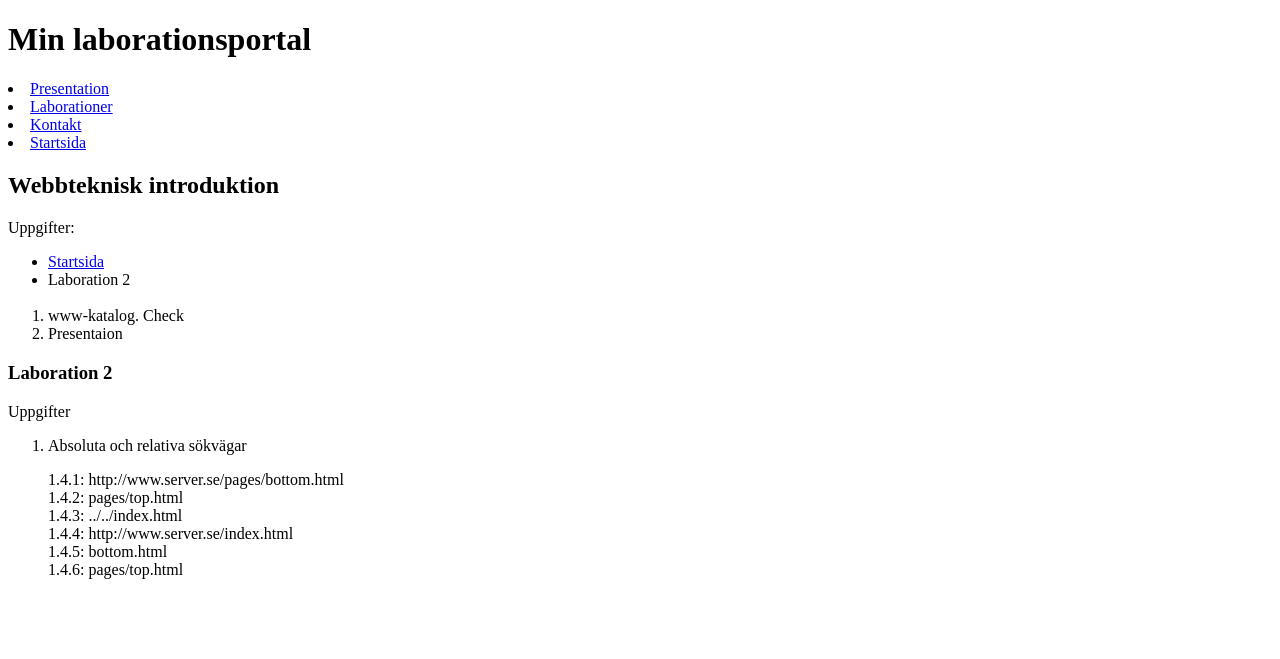
Repository: ac222jv/1IK415-Laborationer
Page: Pages/Laborationer.html
The author's editor kept a record of every edit. The page is drawn from the files as they stood at one moment, then again after the next edit.
The browser window is 1280 px wide. The pictures show the whole page.

Above is the page before.

After the next edit:
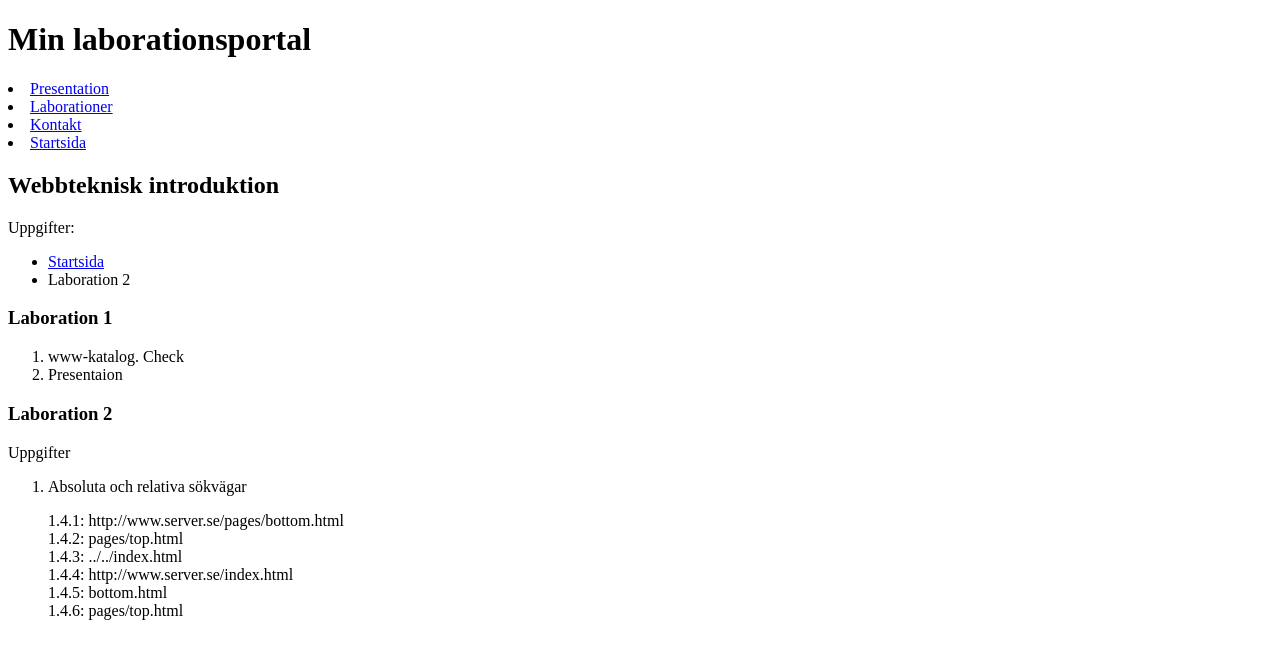
The edit:
--- a/Pages/Laborationer.html
+++ b/Pages/Laborationer.html
@@ -44,7 +44,7 @@
 
     </ul>
 
-    <h3 id="Laboration 1"> </h3>
+    <h3 id="Laboration 1"> Laboration 1 </h3>
 
     <ol>
         <li>www-katalog. Check</li>
